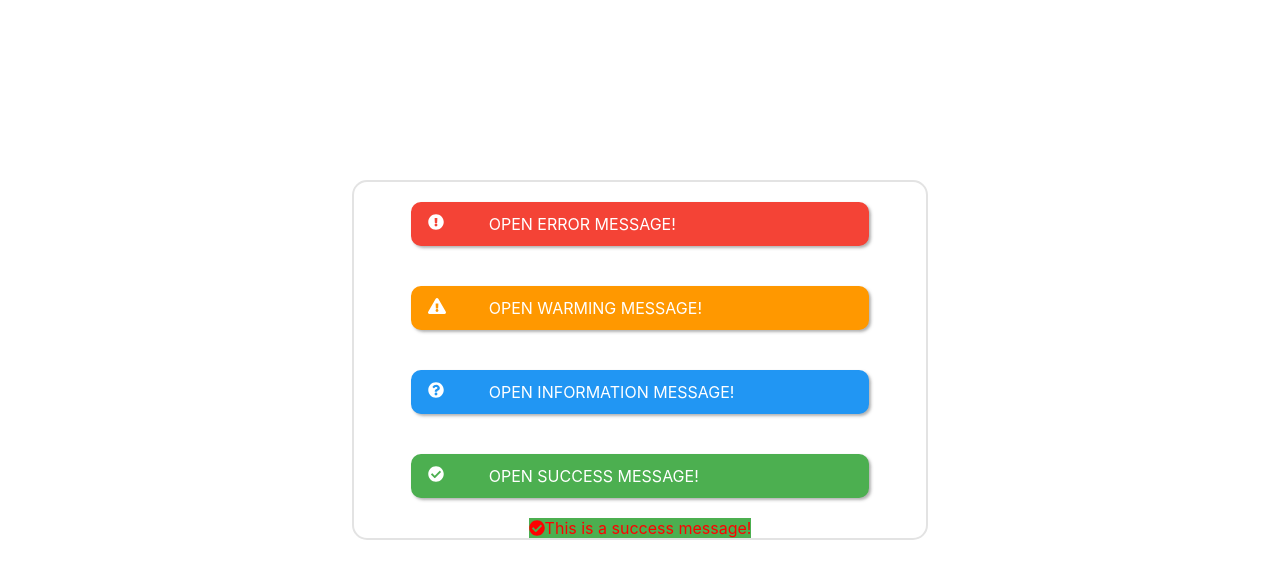
Repository: KrzysKolo/sr_tydzien5_zad2
Page: /, after clicking the first element matching `div.wrapper--btn > :nth-child(4)`
The author's editor kept a copy of each file at every save. The page is drawn from the files as they stood at one save, then again after the next save.
The browser window is 1280 px wide. The pictures show the whole page.
The project was rebuilt for these pictures with package versions that can differ from the ones it lists, and the page was loaded fresh each time.

Above is the page before, as saved 2020-12-28 03:37:40.

After the next save:
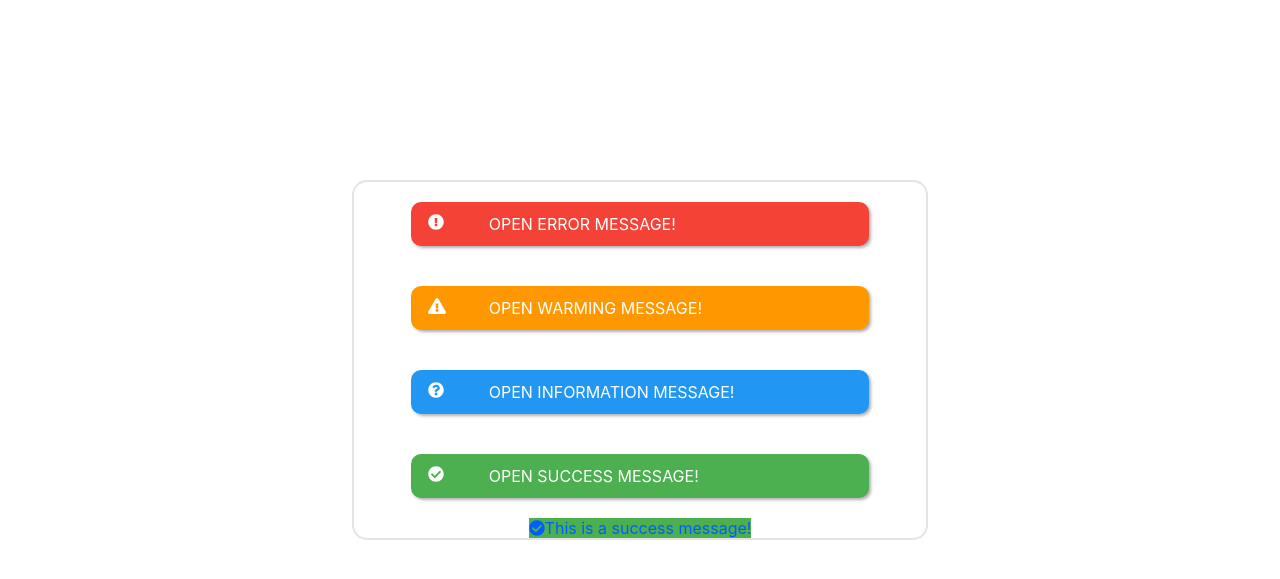
Saved 63 s later.
--- a/src/App.css
+++ b/src/App.css
@@ -39,7 +39,7 @@ body {
 }
 
 .success {
-  color: red;
+  color: rgb(0, 93, 255);
   background: rgb(76, 175, 80);
 }
 .information {
